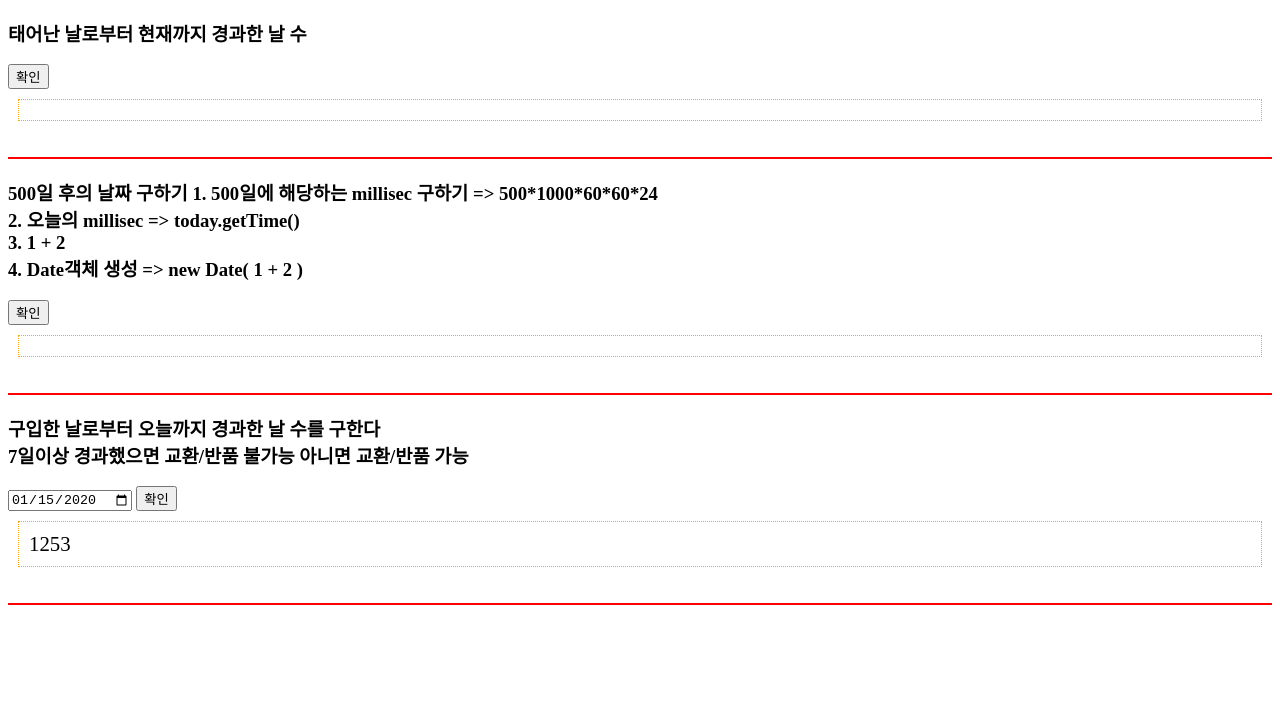
Repository: solsol7/ddit-html
Page: webpro/WebContent/0711/date객체2.html
These files come from the project's save history. The page is drawn as it stood at one moment and after the next save; the edit follows.
The browser window is 1280 px wide. The pictures show the whole page.
Empty fields were first filled with sample values (such as "Sample", 5 or name@example.com).
After loading, the first visible `input[onclick="proc3()"]` was clicked once.

Above is the page before, as saved 2023-07-11 06:18:07.

After the next save:
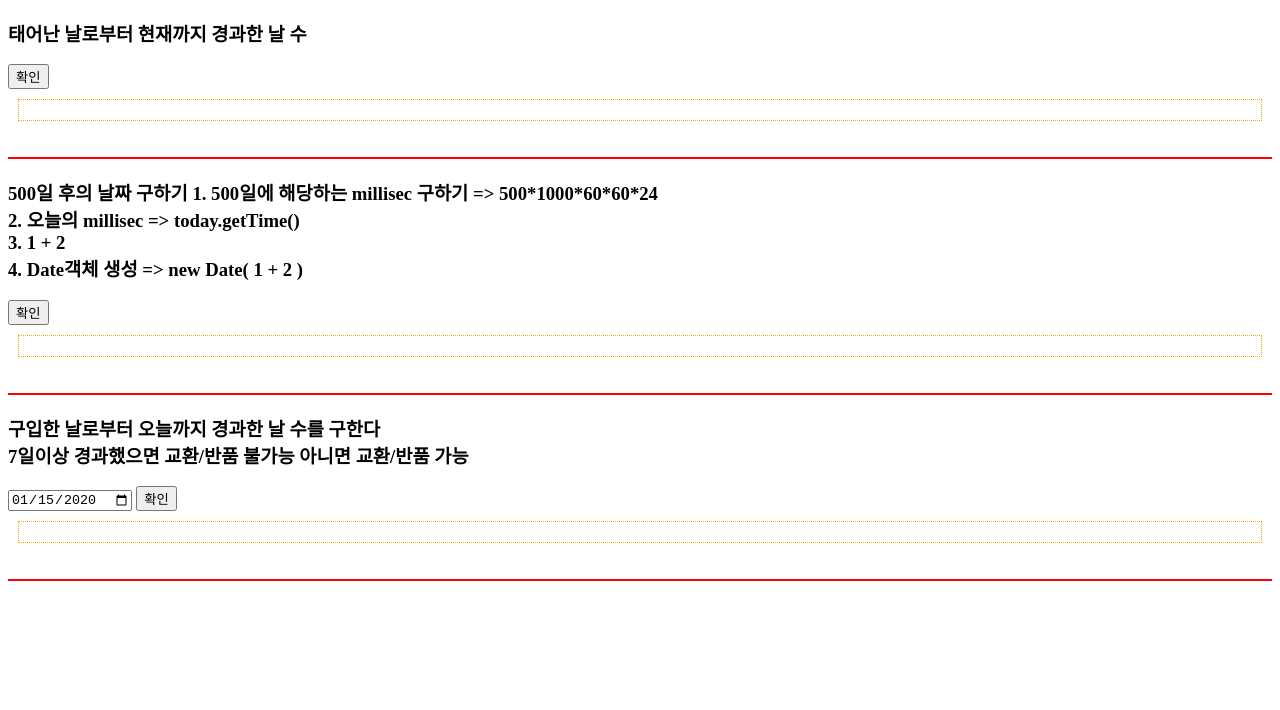
Console error: SyntaxError: Unexpected token '}'
Saved 23 s later.
--- a/webpro/WebContent/0711/date객체2.html
+++ b/webpro/WebContent/0711/date객체2.html
@@ -49,9 +49,10 @@
 
 	//2. buyvalue를 가지고 Date 객체를 생성
 	day = new Date(buyday);
+	today = new Date();
 
 	//3. 오늘의 millisec - buyday의 millisec
-	times = new Date() - day;
+	times = today - day;
 
 	//4. 일 구하기	/1000 / 60 / 60 / 60/ 24
 	times = Math.floor(times / 1000 / 60/ 60/ 24);
@@ -64,8 +65,8 @@
 	}
 
 	//6. 출력
-	//str = `오늘 ${} <br>`;
-	//str += `구입한 날 ${} <br>`;
+	str = `오늘 ${} <br>`;
+	str += `구입한 날 ${} <br>`;
 
 	document.getElementById('result3').innerHTML = times;
 

After the 2 saves that followed:
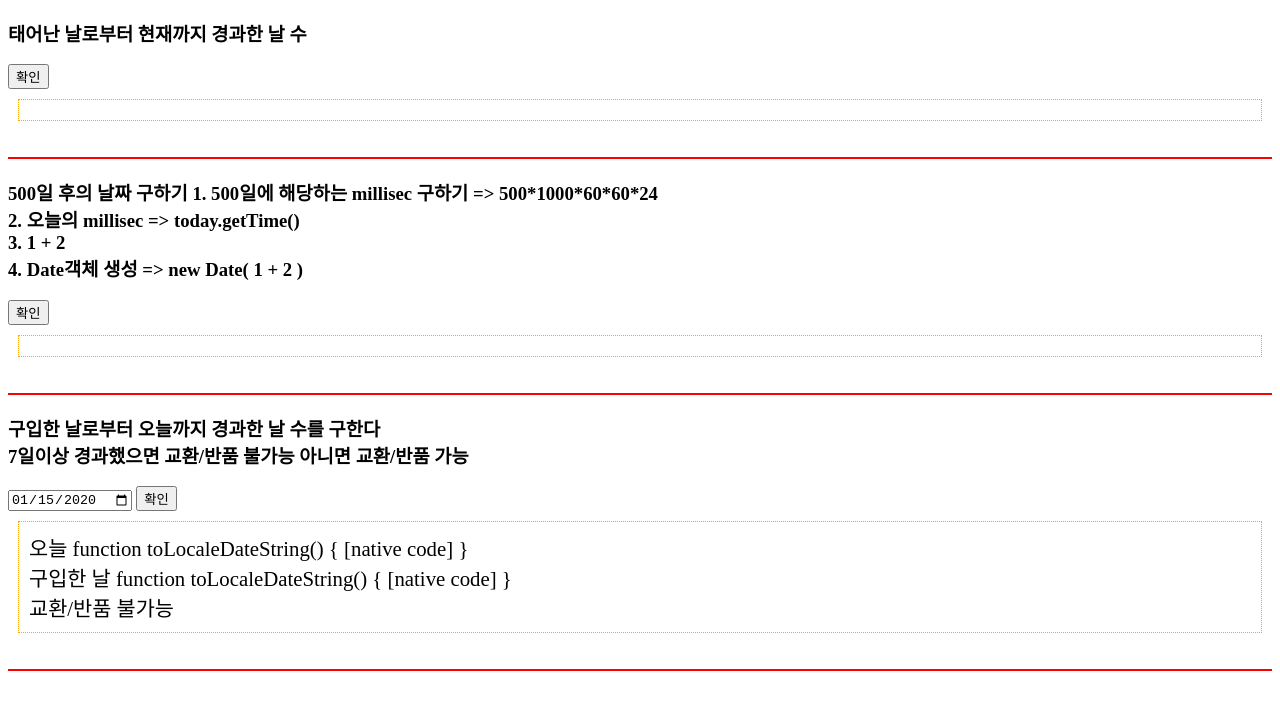
The error is gone.
The 2 saves are shown as one change because they came seconds apart.
The last was saved 39 s later.
--- a/webpro/WebContent/0711/date객체2.html
+++ b/webpro/WebContent/0711/date객체2.html
@@ -65,10 +65,11 @@
 	}
 
 	//6. 출력
-	str = `오늘 ${} <br>`;
-	str += `구입한 날 ${} <br>`;
+	str = `오늘 ${today.toLocaleDateString} <br>`;
+	str += `구입한 날 ${day.toLocaleDateString} <br>`;
+	str += res;
 
-	document.getElementById('result3').innerHTML = times;
+	document.getElementById('result3').innerHTML = str;
 
 }
 </script>
